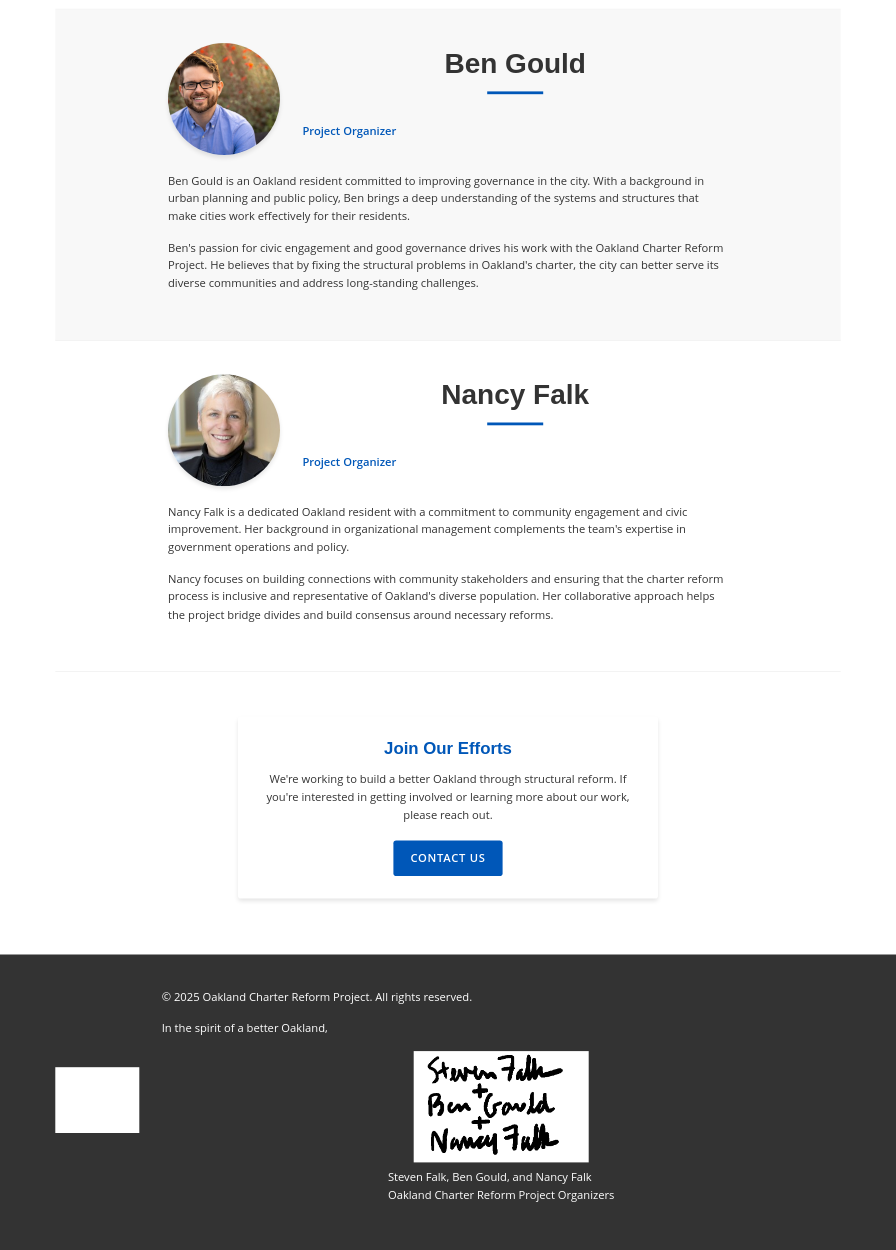
Repository: bgould132/oaklandcharterreform
Page: about.html
The author's editor kept a copy of each file at every save. The page is drawn from the files as they stood at one save, then again after the next save.
The browser window is 1280 px wide. The pictures show the part of the page from y = 942 to 2862 px (the page is 2728 px tall before and 2862 px after), at 70% of full size.

Above is the page before, as saved 2025-04-07 10:08:21.

### about.html
<!DOCTYPE html>
<html lang="en">
<head>
    <meta charset="UTF-8">
    <meta name="viewport" content="width=device-width, initial-scale=1.0">
    <meta name="description" content="About the Oakland Charter Reform Project team - Steven Falk, Ben Gould, and Nancy Falk">
    <title>About Us - Oakland Charter Reform Project</title>
    <link rel="stylesheet" href="css/styles.css">
    <!-- Font Awesome for icons -->
    <link rel="stylesheet" href="https://cdnjs.cloudflare.com/ajax/libs/font-awesome/6.4.2/css/all.min.css">
</head>
<body>
    <header>
        <div class="container">
            <nav aria-label="Main navigation">
                <div class="logo">
                    <a href="index.html" aria-label="Oakland Charter Reform Project Home">
                        <img src="images/logo/OCRP logo design.jpg" alt="Oakland Charter Reform Project Logo">
                    </a>
                </div>
                <button class="mobile-menu-button" aria-label="Toggle menu" aria-expanded="false" aria-controls="main-menu">
                    <span class="hamburger-icon"></span>
                </button>
                <ul id="main-menu" class="nav-menu">
                    <li><a href="index.html#why-charter-reform">Why Charter Reform</a></li>
                    <li><a href="index.html#principles">Principles</a></li>
                    <li><a href="index.html#proposed-amendments">Proposed Amendments</a></li>
                    <li><a href="index.html#our-approach">Our Approach</a></li>
                    <li><a href="about.html" class="active">About Us</a></li>
                    <li><a href="index.html#contact">Contact</a></li>
                </ul>
            </nav>
        </div>
    </header>

    <main>
        <!-- Page Header -->
        <section class="page-header" aria-labelledby="page-heading">
            <div class="container">
                <h1 id="page-heading">About Us</h1>
                <p class="subtitle">Meet the team behind the Oakland Charter Reform Project</p>
            </div>
        </section>

        <!-- Team Section -->
        <section class="section" aria-labelledby="team-heading">
            <div class="container">
                <h2 id="team-heading" class="visually-hidden">Our Team</h2>

                <div class="team-member">
                    <div class="team-member-info">
                        <div class="member-header">
                            <div class="member-photo">
                                <img src="images/team/steven_falk.jpg" alt="Photo of Steven Falk">
                            </div>
                            <div class="member-title">
                                <h2>Steven Falk</h2>
                                <p class="member-role">Project Organizer</p>
                            </div>
                        </div>
                        <div class="member-bio">
                            <p>Steven Falk is an Oakland resident and longtime city manager with extensive experience in local government. He has twice served as Oakland's interim city administrator and lectures on city management and public finance at UC Berkeley's Goldman School of Public Policy.</p>

                            <p>Throughout his career, Steven has been dedicated to effective governance and has witnessed firsthand the challenges presented by Oakland's current charter structure. His deep understanding of municipal operations and governance systems provides valuable insight into the reforms needed to help Oakland reach its potential.</p>
                        </div>
                    </div>
                </div>

                <div class="team-member alt-bg">
                    <div class="team-member-info">
                        <div class="member-header">
                            <div class="member-photo">
                                <img src="images/team/Ben Gould.jpeg" alt="Photo of Ben Gould">
                            </div>
                            <div class="member-title">
                                <h2>Ben Gould</h2>
                                <p class="member-role">Project Organizer</p>
                            </div>
                        </div>
                        <div class="member-bio">
                            <p>Ben Gould is an Oakland resident committed to improving governance in the city. With a background in urban planning and public policy, Ben brings a deep understanding of the systems and structures that make cities work effectively for their residents.</p>

                            <p>Ben's passion for civic engagement and good governance drives his work with the Oakland Charter Reform Project. He believes that by fixing the structural problems in Oakland's charter, the city can better serve its diverse communities and address long-standing challenges.</p>
                        </div>
                    </div>
                </div>

                <div class="team-member">
                    <div class="team-member-info">
                        <div class="member-header">
                            <div class="member-photo">
                                <img src="images/team/Nancy Falk.jpeg" alt="Photo of Nancy Falk">
                            </div>
                            <div class="member-title">
                                <h2>Nancy Falk</h2>
                                <p class="member-role">Project Organizer</p>
                            </div>
                        </div>
                        <div class="member-bio">
                            <p>Nancy Falk is a dedicated Oakland resident with a commitment to community engagement and civic improvement. Her background in organizational management complements the team's expertise in government operations and policy.</p>

                            <p>Nancy focuses on building connections with community stakeholders and ensuring that the charter reform process is inclusive and representative of Oakland's diverse population. Her collaborative approach helps the project bridge divides and build consensus around necessary reforms.</p>
                        </div>
                    </div>
                </div>

                <div class="team-cta">
                    <h3>Join Our Efforts</h3>
                    <p>We're working to build a better Oakland through structural reform. If you're interested in getting involved or learning more about our work, please reach out.</p>
                    <a href="index.html#contact" class="cta-button">Contact Us</a>
                </div>
            </div>
        </section>
    </main>

    <footer>
        <div class="container">
            <div class="footer-content">
                <div class="footer-logo">
                    <img src="images/logo/OCRP logo design.jpg" alt="Oakland Charter Reform Project Logo" width="120">
                </div>
                <div class="footer-text">
                    <p>&copy; 2025 Oakland Charter Reform Project. All rights reserved.</p>
                    <p>In the spirit of a better Oakland,</p>
                    <div class="signature">
                        <img src="images/steve and ben and nancy signature.jpg" alt="Signatures of Steven Falk, Ben Gould, and Nancy Falk" class="signature-img">
                        <p>Steven Falk, Ben Gould, and Nancy Falk<br>
                        Oakland Charter Reform Project Organizers</p>
                    </div>
                </div>
            </div>
        </div>
    </footer>

    <script src="js/main.js"></script>
</body>
</html>

### css/styles.css
/* Base Styles */
:root {
    --primary-color: #0057b8; /* Blue from the logo */
    --secondary-color: #333333;
    --accent-color: #f8f8f8;
    --text-color: #333333;
    --light-text: #ffffff;
    --heading-font: 'Montserrat', sans-serif;
    --body-font: 'Open Sans', sans-serif;
    --container-width: 1200px;
    --border-radius: 4px;
    --box-shadow: 0 4px 6px rgba(0, 0, 0, 0.1);
    --transition: all 0.3s ease;
}

/* Typography */
@import url('https://fonts.googleapis.com/css2?family=Montserrat:wght@500;700&family=Open+Sans:wght@400;600&display=swap');

* {
    margin: 0;
    padding: 0;
    box-sizing: border-box;
}

body {
    font-family: var(--body-font);
    line-height: 1.6;
    color: var(--text-color);
    font-size: 16px;
}

h1, h2, h3, h4, h5, h6 {
    font-family: var(--heading-font);
    font-weight: 700;
    line-height: 1.2;
    margin-bottom: 0.5em;
}

h1 {
    font-size: 3rem;
}

h2 {
    font-size: 2.5rem;
    margin-bottom: 1rem;
}

h3 {
    font-size: 1.5rem;
}

p {
    margin-bottom: 1.2rem;
}

a {
    color: var(--primary-color);
    text-decoration: none;
    transition: var(--transition);
}

a:hover {
    color: #004085;
}

ul {
    list-style-type: none;
}

/* Container */
.container {
    width: 90%;
    max-width: var(--container-width);
    margin: 0 auto;
    padding: 0 15px;
}

/* Header & Navigation */
header {
    background-color: #fff;
    box-shadow: 0 2px 4px rgba(0, 0, 0, 0.1);
    position: fixed;
    width: 100%;
    top: 0;
    left: 0;
    z-index: 1000;
}

header .container {
    display: flex;
    justify-content: space-between;
    align-items: center;
}

nav {
    display: flex;
    justify-content: space-between;
    align-items: center;
    width: 100%;
    padding: 1rem 0;
}

.logo img {
    height: 60px;
    width: auto;
}

.nav-menu {
    display: flex;
    gap: 1.5rem;
}

.nav-menu a {
    color: var(--secondary-color);
    font-weight: 600;
    font-size: 1rem;
    padding: 0.5rem;
}

.nav-menu a:hover {
    color: var(--primary-color);
    border-bottom: 2px solid var(--primary-color);
}

.mobile-menu-button {
    display: none;
    background: none;
    border: none;
    cursor: pointer;
    padding: 0.5rem;
}

.hamburger-icon,
.hamburger-icon::before,
.hamburger-icon::after {
    display: block;
    background-color: var(--secondary-color);
    height: 3px;
    width: 25px;
    border-radius: 3px;
    position: relative;
}

.hamburger-icon::before,
.hamburger-icon::after {
    content: '';
    position: absolute;
}

.hamburger-icon::before {
    top: -8px;
}

.hamburger-icon::after {
    top: 8px;
}

/* Hero Section */
.hero {
    height: 100vh;
    position: relative;
    margin-top: 80px; /* To account for fixed header */
}

.hero-image {
    height: 100%;
    width: 100%;
    position: relative;
}

.hero-image img {
    width: 100%;
    height: 100%;
    object-fit: cover;
    filter: brightness(70%);
}

.hero-content {
    position: absolute;
    top: 50%;
    left: 50%;
    transform: translate(-50%, -50%);
    text-align: center;
    color: var(--light-text);
    width: 80%;
    max-width: 800px;
}

.hero-content h1 {
    font-size: 3.5rem;
    margin-bottom: 0.5rem;
    text-shadow: 2px 2px 4px rgba(0, 0, 0, 0.5);
}

.tagline {
    font-size: 1.5rem;
    margin-bottom: 2rem;
    text-shadow: 1px 1px 2px rgba(0, 0, 0, 0.5);
}

.cta-button {
    display: inline-block;
    background-color: var(--primary-color);
    color: var(--light-text);
    padding: 0.8rem 1.5rem;
    border-radius: var(--border-radius);
    font-weight: 600;
    text-transform: uppercase;
    letter-spacing: 1px;
    transition: var(--transition);
}

.cta-button:hover {
    background-color: #004085;
    color: var(--light-text);
    transform: translateY(-2px);
    box-shadow: var(--box-shadow);
}

/* Section Styling */
.section {
    padding: 5rem 0;
}

.alt-bg {
    background-color: var(--accent-color);
}

.section h2 {
    text-align: center;
    margin-bottom: 2.5rem;
    position: relative;
}

.section h2::after {
    content: '';
    display: block;
    width: 80px;
    height: 4px;
    background-color: var(--primary-color);
    margin: 1rem auto 0;
}

.section-content {
    display: flex;
    flex-wrap: wrap;
    gap: 2rem;
    justify-content: space-between;
    align-items: flex-start;
}

.text-content {
    flex: 1 1 60%;
}

.stat-boxes {
    flex: 1 1 30%;
    display: flex;
    flex-direction: column;
    gap: 1.5rem;
}

.stat-box {
    background-color: var(--primary-color);
    color: var(--light-text);
    padding: 2rem;
    border-radius: var(--border-radius);
    text-align: center;
    box-shadow: var(--box-shadow);
}

.stat-number {
    font-size: 3rem;
    font-weight: 700;
    display: block;
    margin-bottom: 0.5rem;
}

.highlight-quote {
    font-size: 1.5rem;
    font-style: italic;
    color: var(--primary-color);
    border-left: 4px solid var(--primary-color);
    padding-left: 1rem;
    margin-bottom: 1.5rem;
}

/* Principles Section */
.principles-grid {
    display: grid;
    grid-template-columns: repeat(auto-fit, minmax(250px, 1fr));
    gap: 2rem;
    margin-top: 2rem;
}

.principle-card {
    background-color: white;
    padding: 2rem;
    border-radius: var(--border-radius);
    box-shadow: var(--box-shadow);
    text-align: center;
    transition: var(--transition);
}

.principle-card:hover {
    transform: translateY(-5px);
    box-shadow: 0 6px 12px rgba(0, 0, 0, 0.15);
}

.principle-icon {
    font-size: 2.5rem;
    color: var(--primary-color);
    margin-bottom: 1rem;
}

/* Our Approach Section */
.approach-content {
    display: flex;
    flex-wrap: wrap;
    gap: 3rem;
    justify-content: space-between;
}

.approach-text {
    flex: 1 1 45%;
}

.approach-list {
    list-style-type: disc;
    padding-left: 1.5rem;
    margin: 1rem 0 1.5rem;
}

.approach-list li {
    margin-bottom: 0.8rem;
}

.timeline {
    flex: 1 1 45%;
    position: relative;
    margin-left: 20px;
}

.timeline::before {
    content: '';
    position: absolute;
    left: 0;
    top: 0;
    bottom: 0;
    width: 4px;
    background-color: var(--primary-color);
    transform: translateX(-50%);
}

.timeline-item {
    position: relative;
    padding: 0 0 2rem 2rem;
}

.timeline-marker {
    position: absolute;
    left: 0;
    top: 0;
    width: 20px;
    height: 20px;
    border-radius: 50%;
    background-color: white;
    border: 4px solid var(--primary-color);
    transform: translateX(-50%);
    z-index: 1;
}

.timeline-content {
    background-color: white;
    padding: 1.5rem;
    border-radius: var(--border-radius);
    box-shadow: var(--box-shadow);
}

/* Contact Section */
.contact-content {
    max-width: 700px;
    margin: 0 auto;
    text-align: center;
}

.contact-info {
    margin-top: 2rem;
}

.signup-form {
    margin-top: 2rem;
}

/* Footer */
footer {
    background-color: var(--secondary-color);
    color: var(--light-text);
    padding: 3rem 0;
}

.footer-content {
    display: flex;
    flex-wrap: wrap;
    justify-content: space-between;
    align-items: center;
    gap: 2rem;
}

.footer-logo img {
    filter: brightness(0) invert(1);
}

.footer-text {
    flex: 1;
}

.signature {
    margin-top: 1rem;
    display: flex;
    flex-direction: column;
    align-items: center;
}

.signature-img {
    max-width: 250px;
    margin-bottom: 0.5rem;
}

.footer-social {
    display: flex;
    gap: 1rem;
}

.footer-social a {
    color: var(--light-text);
    font-size: 1.5rem;
    transition: var(--transition);
}

.footer-social a:hover {
    color: var(--primary-color);
}

/* Media Queries for Responsive Design */
@media (max-width: 992px) {
    h1 {
        font-size: 2.5rem;
    }

    h2 {
        font-size: 2rem;
    }

    .hero-content h1 {
        font-size: 2.8rem;
    }

    .tagline {
        font-size: 1.3rem;
    }
}

@media (max-width: 768px) {
    .section-content,
    .approach-content {
        flex-direction: column;
    }

    .stat-boxes {
        width: 100%;
    }

    .hero-content h1 {
        font-size: 2.2rem;
    }

    .tagline {
        font-size: 1.1rem;
    }

    .mobile-menu-button {
        display: block;
    }

    .nav-menu {
        display: none;
        flex-direction: column;
        position: absolute;
        top: 100%;
        left: 0;
        width: 100%;
        background-color: white;
        box-shadow: 0 4px 6px rgba(0, 0, 0, 0.1);
        padding: 1rem 0;
    }

    .nav-menu.show {
        display: flex;
    }

    .nav-menu li {
        width: 100%;
        text-align: center;
    }

    .nav-menu a {
        display: block;
        padding: 0.8rem 0;
    }
}

@media (max-width: 576px) {
    .hero-content h1 {
        font-size: 1.8rem;
    }

    .tagline {
        font-size: 1rem;
    }

    .cta-button {
        padding: 0.6rem 1.2rem;
        font-size: 0.9rem;
    }

    .footer-content {
        flex-direction: column;
        text-align: center;
        gap: 1.5rem;
    }
}

/* Accessibility Enhancements */
:focus {
    outline: 3px solid var(--primary-color);
    outline-offset: 3px;
}

.skip-link {
    position: absolute;
    top: -100px;
    left: 0;
    background: var(--primary-color);
    color: white;
    padding: 10px;
    z-index: 1001;
}

.skip-link:focus {
    top: 0;
}

/* Print Styles */
@media print {
    body {
        font-size: 12pt;
    }

    header, footer, .cta-button, .hero-image {
        display: none;
    }

    .container {
        width: 100%;
        max-width: 100%;
    }

    .section {
        page-break-inside: avoid;
        padding: 1rem 0;
    }
}

/* Amendment Section */
.amendment-card {
    background-color: white;
    padding: 1.5rem;
    border-radius: var(--border-radius);
    box-shadow: var(--box-shadow);
    margin-bottom: 1.5rem;
}

.amendment-list {
    list-style-type: disc;
    padding-left: 1.5rem;
    margin: 1rem 0;
}

.amendment-list li {
    margin-bottom: 0.8rem;
}

.buttons-container {
    display: flex;
    gap: 1rem;
    justify-content: center;
    margin-top: 2rem;
    flex-wrap: wrap;
}

.outline-button {
    display: inline-block;
    background-color: transparent;
    color: var(--primary-color);
    border: 2px solid var(--primary-color);
    padding: 0.8rem 1.5rem;
    border-radius: var(--border-radius);
    font-weight: 600;
    text-transform: uppercase;
    letter-spacing: 1px;
    transition: var(--transition);
}

.outline-button:hover {
    background-color: var(--primary-color);
    color: var(--light-text);
    transform: translateY(-2px);
    box-shadow: var(--box-shadow);
}

/* About Us Page */
.page-header {
    background-color: var(--primary-color);
    color: var(--light-text);
    padding: 8rem 0 4rem;
    text-align: center;
    margin-bottom: 3rem;
}

.page-header h1 {
    font-size: 3rem;
    margin-bottom: 0.5rem;
}

.subtitle {
    font-size: 1.2rem;
    max-width: 600px;
    margin: 0 auto;
}

.visually-hidden {
    position: absolute;
    width: 1px;
    height: 1px;
    padding: 0;
    margin: -1px;
    overflow: hidden;
    clip: rect(0, 0, 0, 0);
    white-space: nowrap;
    border: 0;
}

.team-member {
    padding: 3rem 0;
    border-bottom: 1px solid #eee;
}

.team-member.alt-bg {
    background-color: var(--accent-color);
}

.team-member:last-of-type {
    border-bottom: none;
}

.team-member-info {
    max-width: 800px;
    margin: 0 auto;
}

.member-role {
    color: var(--primary-color);
    font-weight: 600;
    margin-bottom: 1rem;
}

.member-bio {
    margin-top: 1rem;
}

.team-cta {
    text-align: center;
    max-width: 600px;
    margin: 4rem auto 0;
    padding: 2rem;
    background-color: white;
    border-radius: var(--border-radius);
    box-shadow: var(--box-shadow);
}

.team-cta h3 {
    color: var(--primary-color);
    margin-bottom: 1rem;
}

.team-cta p {
    margin-bottom: 1.5rem;
}

@media (max-width: 768px) {
    .page-header {
        padding: 7rem 0 3rem;
    }

    .page-header h1 {
        font-size: 2.5rem;
    }

    .team-member {
        padding: 2rem 0;
    }
}

/* Active Navigation */
.nav-menu a.active {
    color: var(--primary-color);
    border-bottom: 2px solid var(--primary-color);
}

/* Team Member Styling */
.member-header {
    display: flex;
    align-items: center;
    margin-bottom: 1.5rem;
}

.member-photo {
    width: 160px;
    height: 160px;
    border-radius: 50%;
    overflow: hidden;
    margin-right: 2rem;
    box-shadow: var(--box-shadow);
    flex-shrink: 0;
}

.member-photo img {
    width: 100%;
    height: 100%;
    object-fit: cover;
}

.member-title {
    flex: 1;
}

@media (max-width: 768px) {
    .member-header {
        flex-direction: column;
        text-align: center;
    }

    .member-photo {
        margin-right: 0;
        margin-bottom: 1rem;
    }
}

Loaded but not shown: js/main.js (101 lines, source omitted)

After the next save:
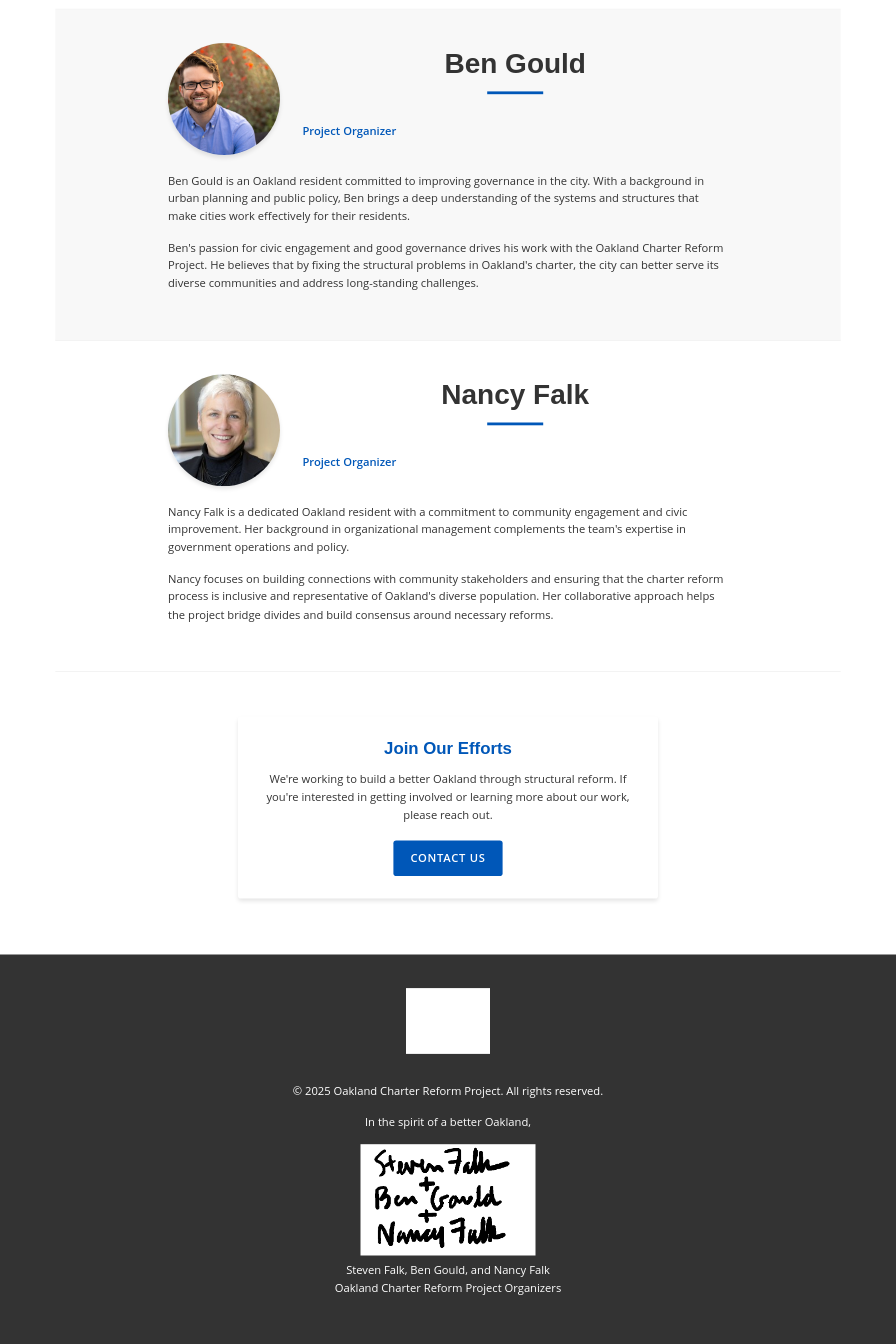
Saved 19 s later.
--- a/css/styles.css
+++ b/css/styles.css
@@ -401,10 +401,10 @@ footer {
 
 .footer-content {
     display: flex;
-    flex-wrap: wrap;
-    justify-content: space-between;
+    flex-direction: column;
     align-items: center;
     gap: 2rem;
+    text-align: center;
 }
 
 .footer-logo img {
@@ -413,6 +413,7 @@ footer {
 
 .footer-text {
     flex: 1;
+    text-align: center;
 }
 
 .signature {
@@ -425,6 +426,7 @@ footer {
 .signature-img {
     max-width: 250px;
     margin-bottom: 0.5rem;
+    display: block;
 }
 
 .footer-social {
